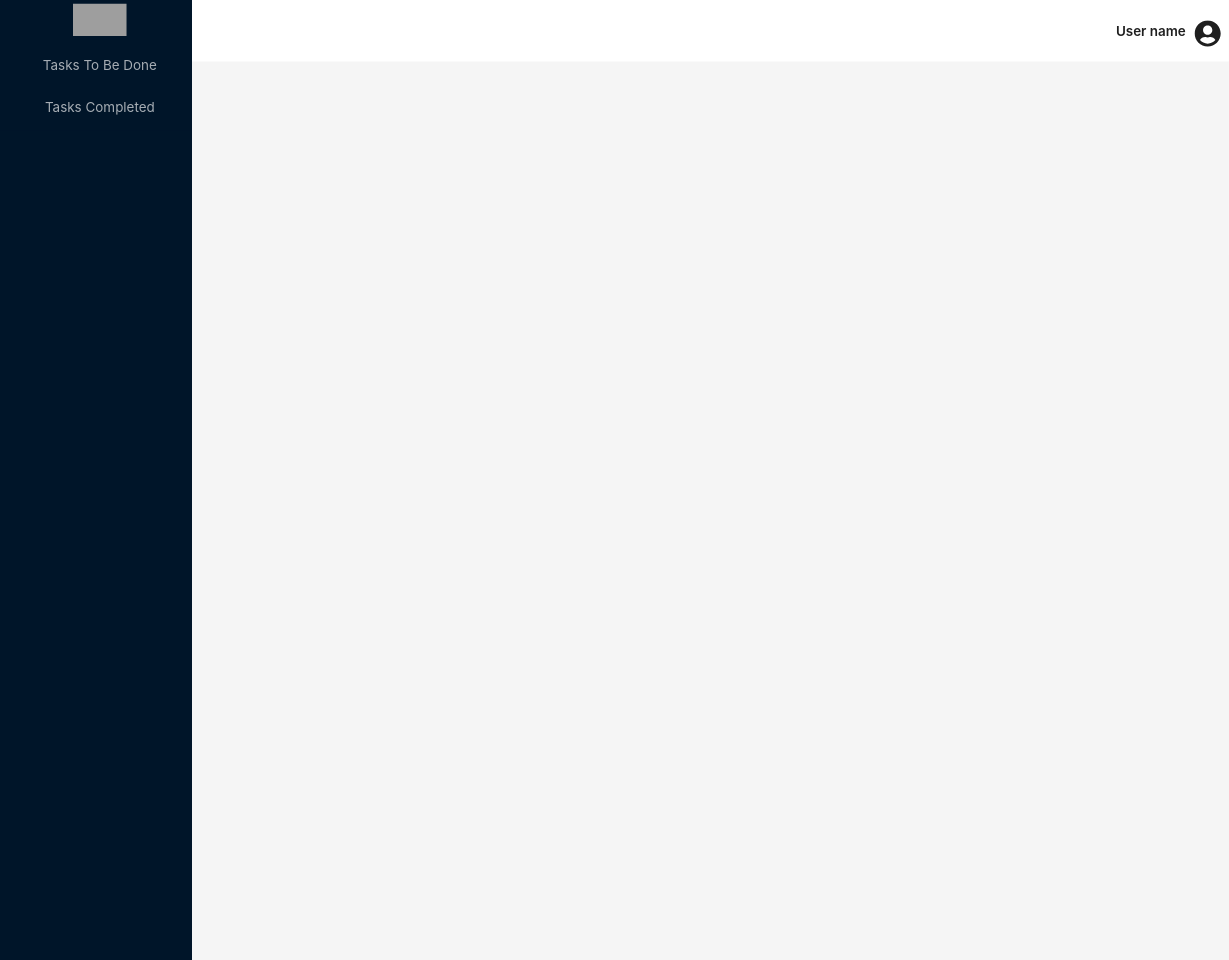
Repository: runner855/todolist_new
Page: /
The author's editor kept a copy of each file at every save. The page is drawn from the files as they stood at one save, then again after the next save.
The browser window is 1280 px wide. The pictures show the whole page, at 96% of full size.
Pictures or frames that could not be fetched are drawn as grey boxes. The project was rebuilt for these pictures with package versions that can differ from the ones it lists, and the page was loaded fresh each time.

Above is the page before, as saved 2023-03-19 21:51:15.

After the next save:
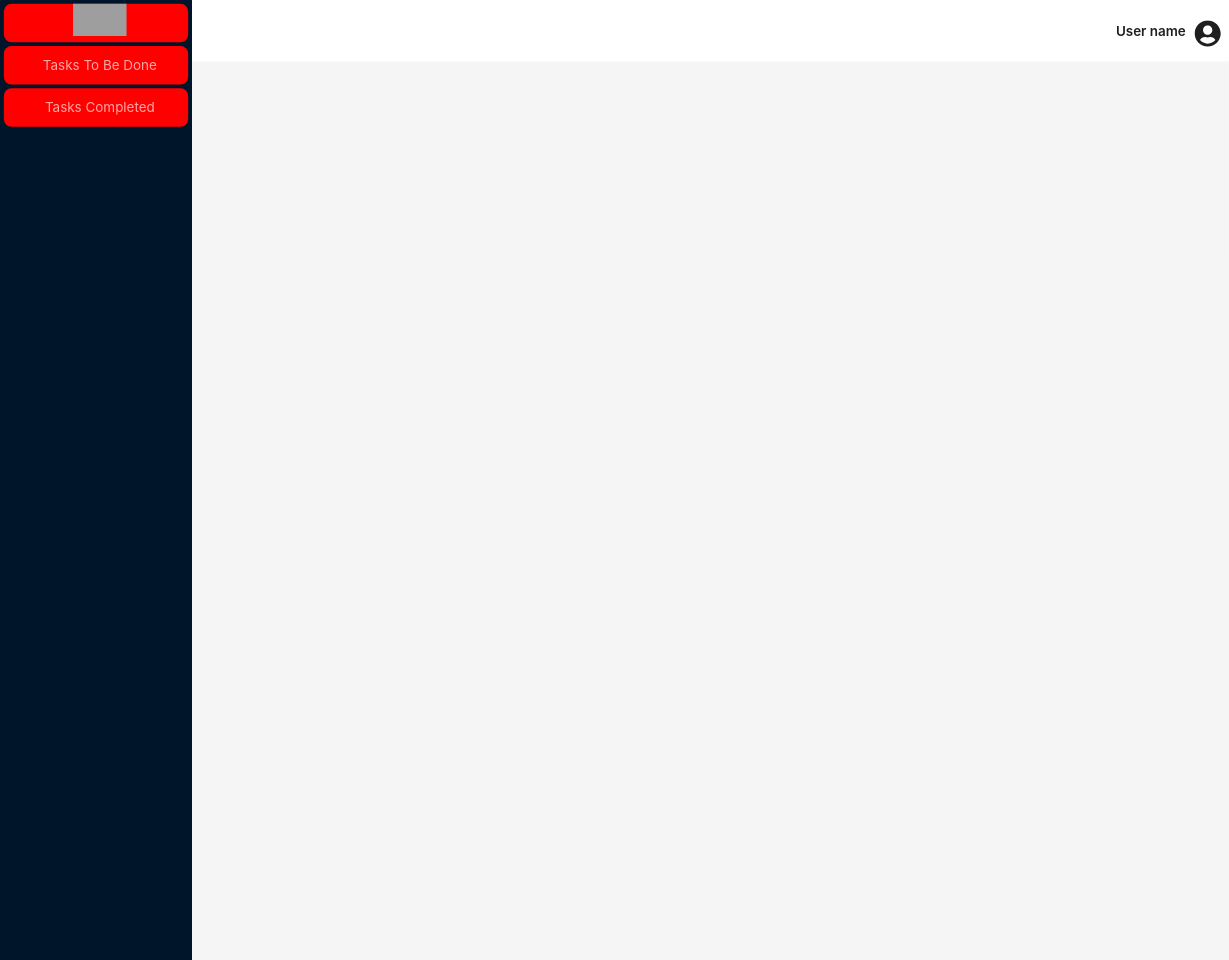
Saved 28 s later.
--- a/src/components/NavBar/NavBar.css
+++ b/src/components/NavBar/NavBar.css
@@ -30,6 +30,6 @@
   height: 3em;
 }
 
-.ant-menu-item-selected {
+.ant-menu-item {
   background-color: red;
 }

After the save that followed:
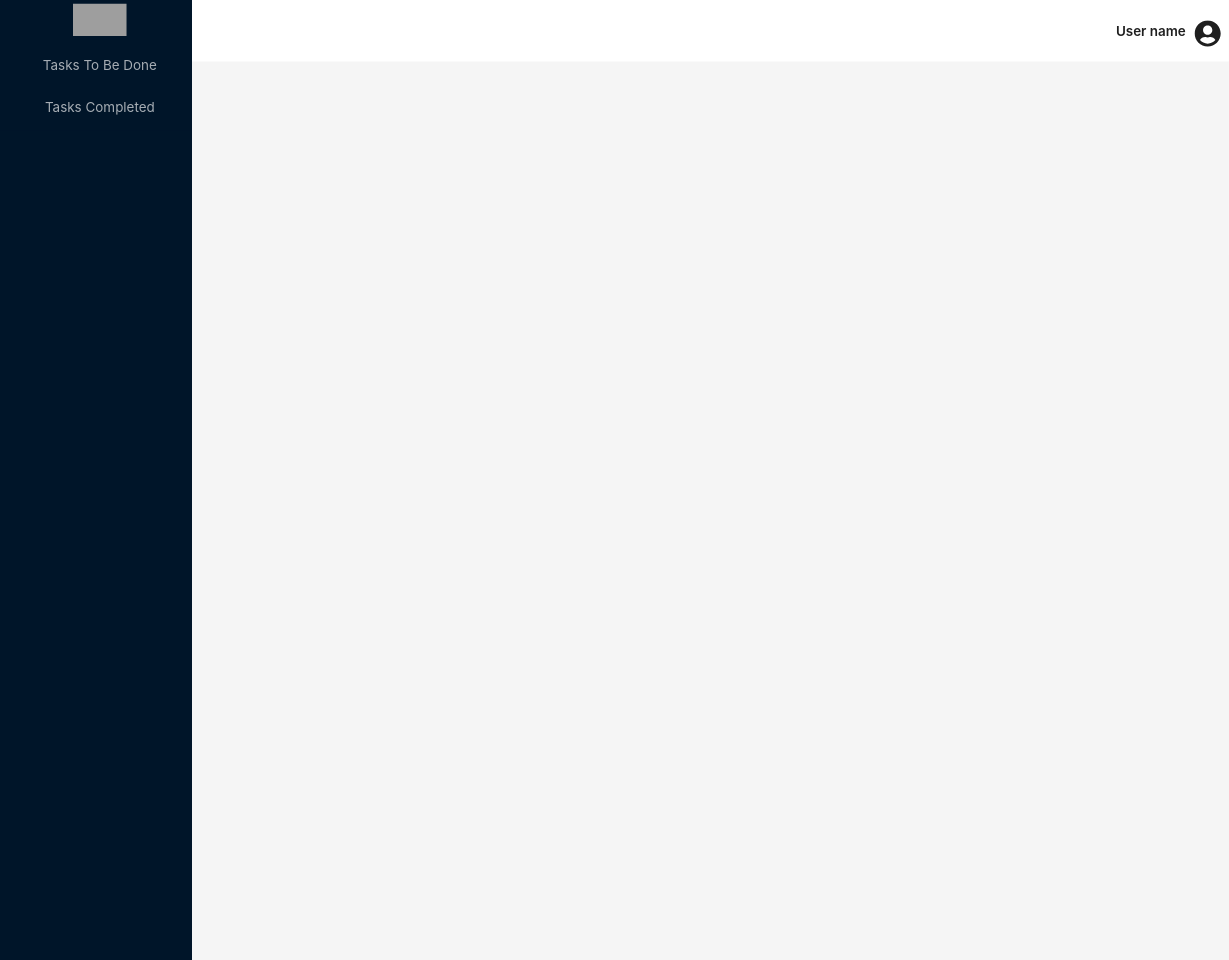
Saved 22 s later.
--- a/src/components/NavBar/NavBar.css
+++ b/src/components/NavBar/NavBar.css
@@ -30,6 +30,6 @@
   height: 3em;
 }
 
-.ant-menu-item {
+.ant-menu-item.ant-menu-item-selected {
   background-color: red;
 }
